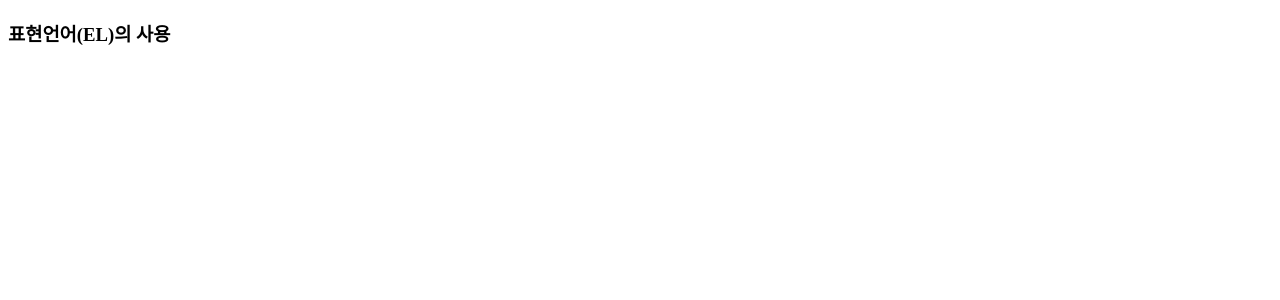
Repository: coolSummer1119/study
Page: http://localhost/ch03_Jsp/ch20_el/s01_el.jsp
These files come from the project's save history. The page is drawn as it stood at one moment and after the next save; the edit follows.
The browser window is 1280 px wide. The pictures show the whole page.
The page is served by Tomcat 9. Other server files are loaded and not shown.

Above is the page before, as saved 2024-05-03 08:30:16.

### workspace/ch03_Jsp/src/main/webapp/ch20_el/s01_el.jsp
<%@ page language="java" contentType="text/html; charset=UTF-8"
    pageEncoding="UTF-8"%>
<!DOCTYPE html>
<html>
<head>
<meta charset="UTF-8">
<title>EL 테스트</title>
</head>
<body>
	<h3>표현언어(EL)의 사용</h3>
</body>
</html>

After the next save:
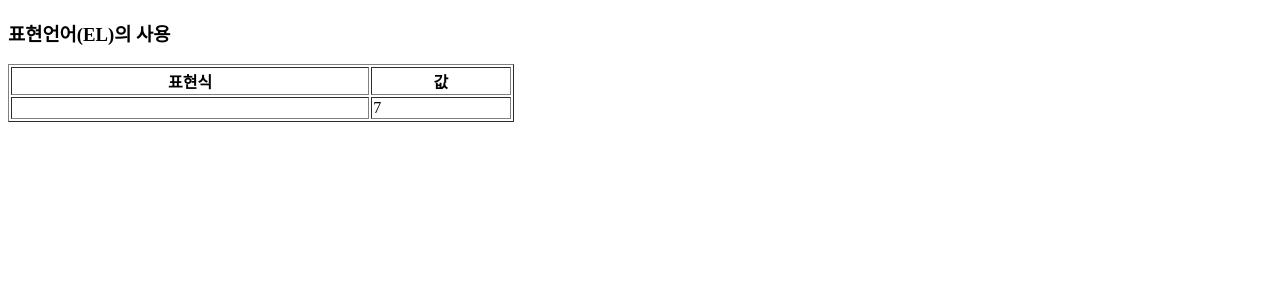
Saved 2 min 41 s later.
--- a/workspace/ch03_Jsp/src/main/webapp/ch20_el/s01_el.jsp
+++ b/workspace/ch03_Jsp/src/main/webapp/ch20_el/s01_el.jsp
@@ -8,5 +8,15 @@
 </head>
 <body>
 	<h3>표현언어(EL)의 사용</h3>
+	<table border="1" style="width:40%">
+		<tr>
+			<th>표현식</th>
+			<th>값</th>
+		</tr>
+		<tr>
+			<td></td>
+			<td>${2+5}</td>
+		</tr>
+	</table>
 </body>
 </html>
